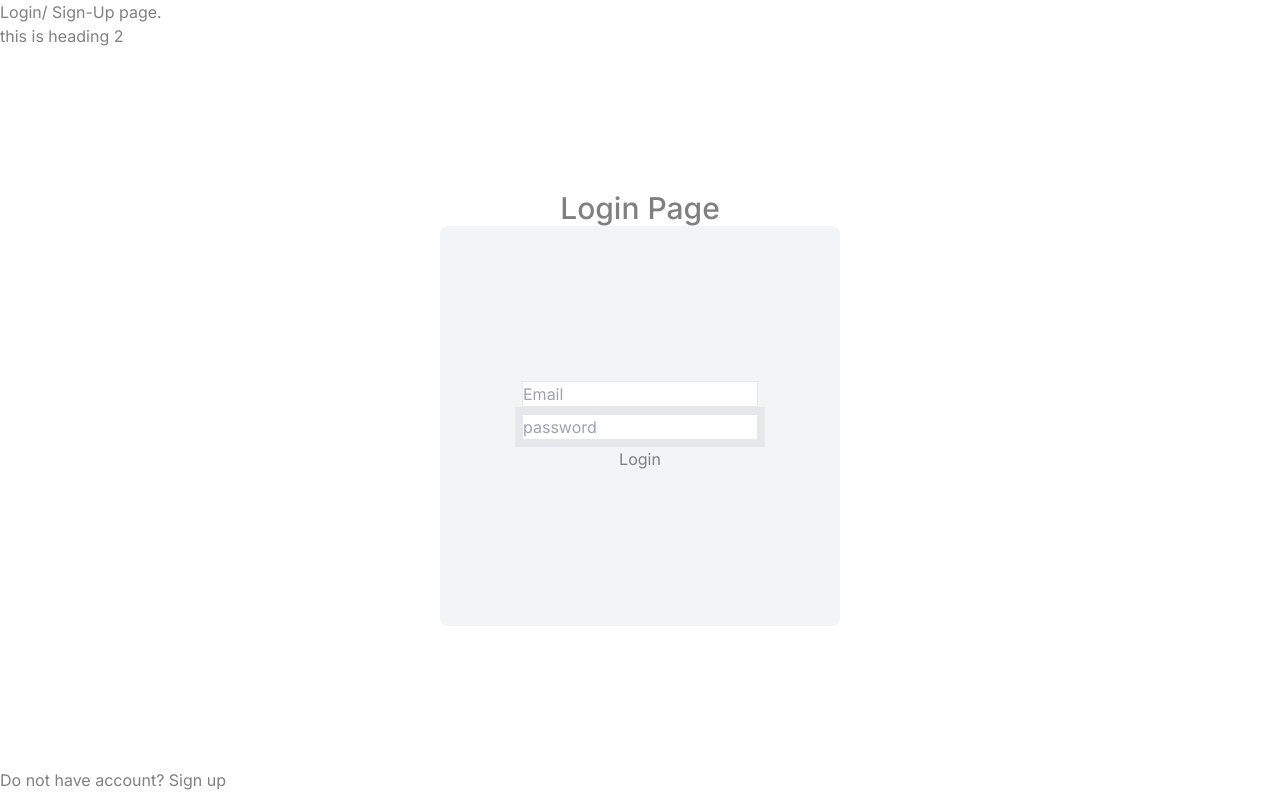
Repository: its-kundan/food-on-time
Page: /restaurant
An editor plug-in stored every save of this project. The page is shown before and after the next save, followed by the edit.
The browser window is 1280 px wide. The pictures show the whole page.
The project was rebuilt for these pictures with package versions that can differ from the ones it lists, and the page was loaded fresh each time. The framework's server and built-in components were replaced by stand-ins that run in the browser. Also part of the build but not shown: next.config.mjs, src/app/_components/SignUp.jsx.

Above is the page before, as saved 2024-07-24 23:41:51.

After the next save:
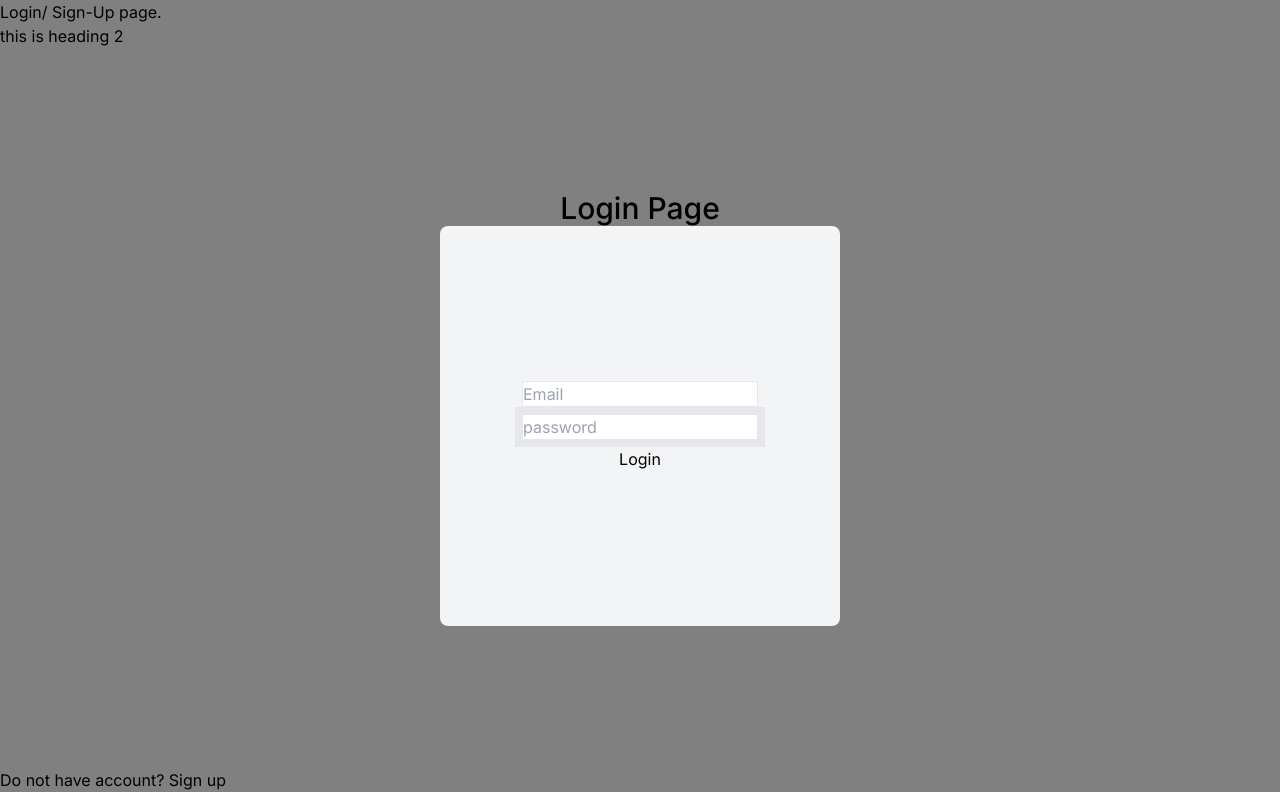
Saved 20 s later.
--- a/src/app/globals.css
+++ b/src/app/globals.css
@@ -2,7 +2,7 @@
 @tailwind components;
 @tailwind utilities;
 body{
-  color: grey;
+  background: grey;
 }
 /*
 :root {

After the 2 saves that followed:
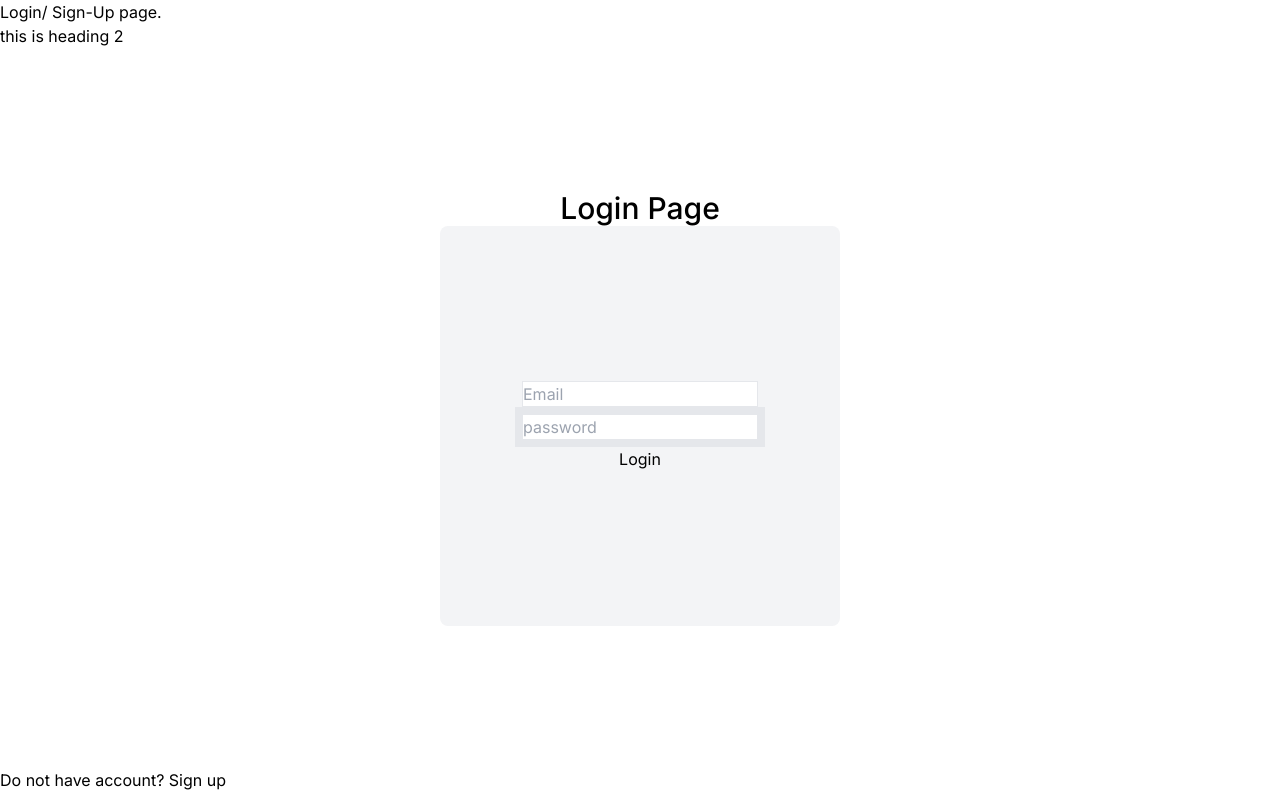
The 2 saves are shown as one change because they came seconds apart.
The last was saved 20 s later.
--- a/src/app/globals.css
+++ b/src/app/globals.css
@@ -2,7 +2,7 @@
 @tailwind components;
 @tailwind utilities;
 body{
-  background: grey;
+  background: grey-900;
 }
 /*
 :root {
